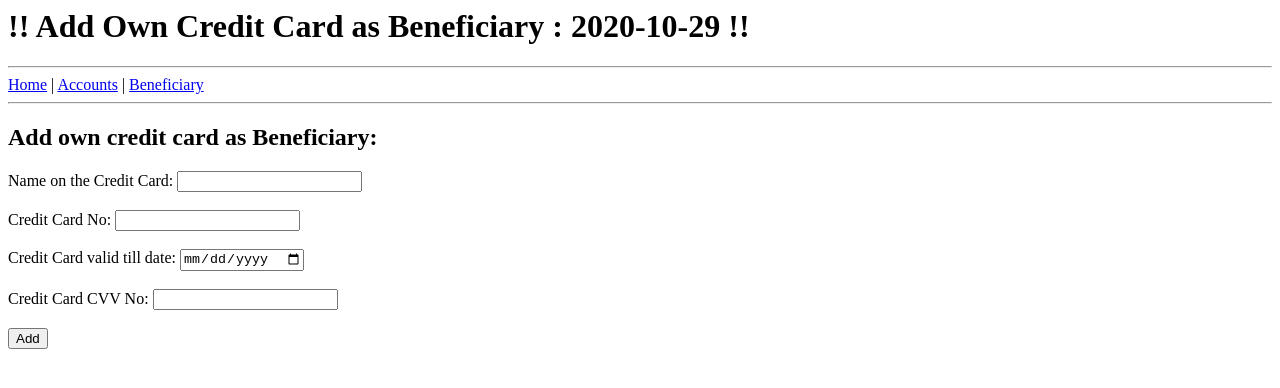
Repository: anik84/ibs
Page: http://localhost/IBS/user_add_own_credit_card_as_beneficiary_form.jsp
These files come from the project's save history. The page is drawn as it stood at one moment and after the next save; the edit follows.
The browser window is 1280 px wide. The pictures show the whole page.
The page is served by Tomcat 9. Other server files are loaded and not shown.

Above is the page before, as saved 2020-10-29 14:04:26.

### IBS_JSPs/IBS/WebContent/user_add_own_credit_card_as_beneficiary_form.jsp
<%@page import="java.time.LocalDate"%>
<html>
<head>
<title>add own credit card as beneficiary</title>
</head>
<body>
	<h1>
		!! Add Own Credit Card as Beneficiary :
		<%=LocalDate.now()%>
		!!
	</h1>
	<jsp:include page="user_home_menu.jsp" />

	<h2>Add own credit card as Beneficiary:</h2>
	<form action="addbenefcreditcard" method="POST">
		<div>
			<label>Name on the Credit Card: </label> <input type="text" name="benefCreditCardName"
				required />
		</div><br />
		<div>
			<label>Credit Card No: </label> <input type="number" name="benefCreditCardNo"
				required />
		</div><br />
		<div>
			<label>Credit Card valid till date: </label> <input type="date" name="benefCreditCardExpiry"
				required />
		</div><br />
		<div>
			<label>Credit Card CVV No: </label> <input type="number" name="benefCVVNo"
				required />
		</div><br />
		<div>
			<button>Add</button>
		</div>
	</form>
</body>
</html>

### IBS_JSPs/IBS/WebContent/user_home_menu.jsp
<nav>
	<hr />
	 <a href="user_home.jsp">Home</a>
	 <span> | </span>
	 <a href="user_accounts.jsp">Accounts</a>
	 <span> | </span>
	 <a href="user_beneficiary.jsp">Beneficiary</a>
	<hr />
</nav>

After the next save:
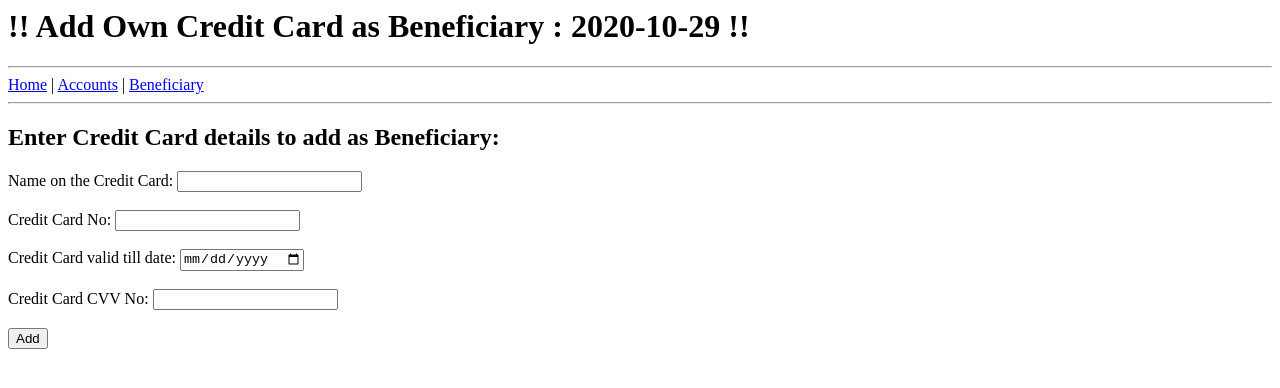
Saved 2 min 13 s later.
--- a/IBS_JSPs/IBS/WebContent/user_add_own_credit_card_as_beneficiary_form.jsp
+++ b/IBS_JSPs/IBS/WebContent/user_add_own_credit_card_as_beneficiary_form.jsp
@@ -11,7 +11,7 @@
 	</h1>
 	<jsp:include page="user_home_menu.jsp" />
 
-	<h2>Add own credit card as Beneficiary:</h2>
+	<h2>Enter Credit Card details to add as Beneficiary:</h2>
 	<form action="addbenefcreditcard" method="POST">
 		<div>
 			<label>Name on the Credit Card: </label> <input type="text" name="benefCreditCardName"
